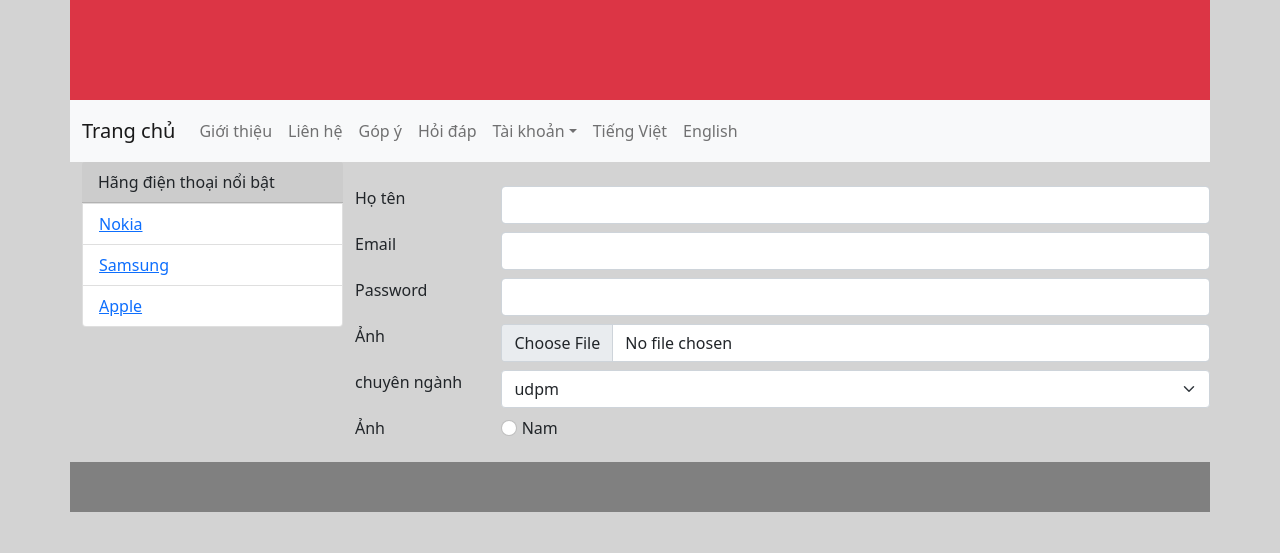
Repository: minhtu5502/fontendFamework
Page: day1 copy/index.html
The author's editor kept a copy of each file at every save. The page is drawn from the files as they stood at one save, then again after the next save.
The browser window is 1280 px wide. The pictures show the whole page.

Above is the page before, as saved 2022-01-08 16:07:40.

After the next save:
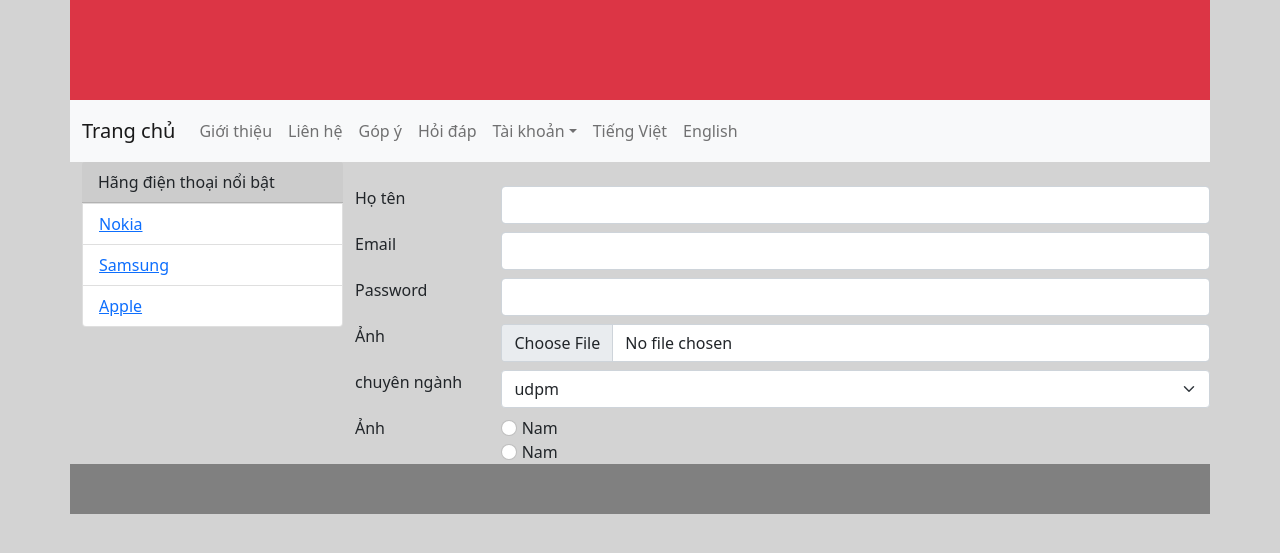
Saved 4 s later.
--- a/day1 copy/index.html
+++ b/day1 copy/index.html
@@ -127,6 +127,10 @@
                                     <input type="radio" name="nam" id="gioitinh" class="form-check-input" />
                                     <label for="">Nam</label>
                                 </div>
+                                <div>
+                                    <input type="radio" name="nam" id="gioitinh" class="form-check-input" />
+                                    <label for="">Nam</label>
+                                </div>
 
                             </div>
 
